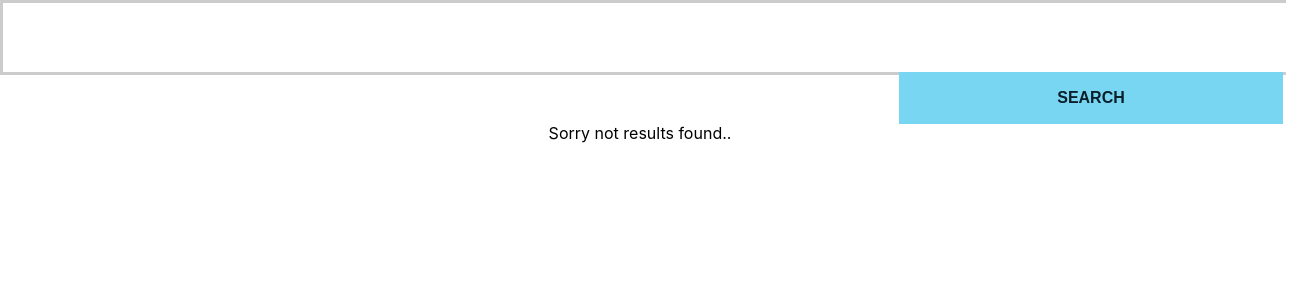
Repository: jijo78/movie-tvshows-list
Page: /
These files come from the project's save history. The page is drawn as it stood at one moment and after a run of saves; the edit follows.
The browser window is 1280 px wide. The page is 1315 px wide, so the pictures cover 1315 px, including what lies to the right of the window. The pictures show the whole page.
The page's requests for data from a server got no answer. The project was rebuilt for these pictures with package versions that can differ from the ones it lists, and the page was loaded fresh each time. No one was signed in, and anything a server would have sent is missing. Also part of the build but not shown: src/MediaRatio.tsx.

Above is the page before, as saved 2020-11-25 17:33:09.

### src/App.tsx
import React, { FC, useEffect, useState } from 'react'
import useSWR from 'swr'
import config from './config'
import QuickSearch from './QuickSearch'
import SearchResults from './SearchResults'

import styled from 'styled-components'
// import classNames from 'classnames'
// import debounce from 'lodash/debounce'
export const fontRootSize = 16

const pxToRem = (size: number) => `${size / fontRootSize}rem`
export const SCREEN_WIDTH_MIN = pxToRem(320)

export const SCREEN_WIDTH_MIN_2 = pxToRem(400)
interface Props {
  children: React.ReactChildren
}
const Container = styled('section')`
  display: flex;
  justify-content: center;
`

const getData = (url: string): Promise<any> => fetch(url).then((res) => res.json())

const StickyWrapper: FC<Props> = ({ children, ...rest }) => {
  const [shouldFetch, setShouldFetch] = useState(true)
  const [term, setTerm] = useState('a')
  const [append, setAppend] = useState('credits')

  const { data, error, isValidating } = useSWR(
    shouldFetch
      ? `https://api.themoviedb.org/3/search/multi?&api_key=${config.api}&query=${term}&include_adult=false&append_to_response=${append}`
      : null,
    getData,
    {
      shouldRetryOnError: false,
      revalidateOnFocus: false,
    }
  )

  useEffect(() => {
    if (data) {
      setShouldFetch(false)
    }
  }, [])

  return (
    <>
      <QuickSearch />
      <Container as="section">
        <SearchResults results={data} />
      </Container>
    </>
  )
}

export default StickyWrapper

### src/config.js
module.exports = {
    'api': '00827fd50b322764fdf4d571822a4a05'
};

### src/QuickSearch.tsx
import React, { FC } from 'react'

import styled from 'styled-components'

type Props = {
  onClick?: (e: React.MouseEvent<any>) => void
  onSubmit?: () => void
  placeholder?: string
}
/**
 * Card is a general purpose container for content.
 */
const Search = styled('section')`
  border: 3px solid #ccc;
  margin-bottom: 2rem;
  display: flex;

  width: 100%;
`

const SearchForm = styled('form')`
  position: relative;
  width: 100%;
  &fieldset {
    margin: 0;
    padding: 0;
    border: 0 none;
  }
  &.search__form--hidden {
    display: none;
  }
`
const SearchLegend = styled('legend')`
  display: none;
`

const SearchInput = styled('input')`
  position: relative;
  color: #ccc;
  width: 100%;
  text-align: center;
  padding: 1rem;
  font-size: 2rem;
  border: 0 none;
  &::placeholder {
    color: #ccc;
  }
`

const Button = styled('button')`
  width: 30%;
  border: none;
  border-color: #5c5c5c;
  cursor: pointer;
  position: absolute;
  right: 0;
  display: inline-flex;
  color: #ffffff;
  background-color: rgb(13, 46, 61);
  padding: 1rem;
  text-align: center;
  text-decoration: none;
  vertical-align: middle;

  justify-content: center;
  text-transform: uppercase;

  font-size: 1rem;
  line-height: 1.25;

  letter-spacing: normal;
  font-weight: bold;
  background-color: #79d6f2;
  color: #091f29;
`

const QuickSearch: FC<Props> = ({ onSubmit, onClick, placeholder }) => {
  return (
    <Search>
      <SearchForm onSubmit={onSubmit}>
        <SearchLegend>Find a movie </SearchLegend>
        <SearchInput onClick={onClick} placeholder={placeholder} />
        <Button type="submit">Search</Button>
      </SearchForm>
    </Search>
  )
}

export default QuickSearch

### src/SearchResults.tsx
import React, { FC } from 'react'
import { formatDateUK } from './date'
import { Media16x9 } from './MediaRatio'
import styled from 'styled-components'

interface Props {
  results: { results: Array<any> }
}
const Cards = styled('ul')`
  display: grid;
  width: 80rem;
  grid-template-columns: repeat(auto-fit, minmax(320px, 1fr));
  grid-gap: 2rem;
  margin: 0;
  padding: 0;
`

const Card = styled('li')`
  min-height: 10rem;
  height: 100%;
  position: relative;
  background-color: #000;
  color: #fff;
  list-style-type: none;
`
/**
 * Contains an image or other media to be placed inside the card
 */
export const CardBody = styled('div')`
  position: relative;
  padding: 0.5rem;
`

/**
 * Content to be placed at the bottom of the card.
 */
export const CardFooter = styled('footer')`
  position: relative;
  padding: 0.5rem;
`
const SearchResults: FC<Props> = ({ results }) => {
  console.log('results: ', results)
  const base_url = 'https://image.tmdb.org/t/p/w780'
  const placeholder = 'http://via.placeholder.com/400x200'

  return results && results.results && results.results.length ? (
    <Cards>
      {results.results.map((result, i) => (
        <Card>
          <Media16x9>
            <img
              alt={result.original_name}
              src={
                result.poster_path !== null && result.poster_path !== undefined
                  ? `${base_url}${result.poster_path}`
                  : `${placeholder}`
              }
            />
          </Media16x9>
          <CardBody>
            <h3>{result.title || result.original_name}</h3>
            <p>{result.overview}</p>
          </CardBody>
          <CardFooter>
            <span className="card__rating">
              Rating: {isNaN(result.vote_average) ? 0 : Math.ceil(result.vote_average * 10)}%
            </span>
            <span className="card__release">Release date: {formatDateUK(result.release_date)}</span>
          </CardFooter>
        </Card>
      ))}
    </Cards>
  ) : (
    <p className="no-results">Sorry not results found..</p>
  )
}

export default SearchResults

### src/date.ts
import dayjs from 'dayjs'

export const formatDate = (d: string) => dayjs(d).format('D MMM YYYY')
export const formatDateUK = (d: string) => dayjs(d).format('DD MMM YYYY')
export const currentYear = () => dayjs().year()

Loaded but not shown: public/index.html (common file); src/index.js (common file); src/index.css (common file); src/reportWebVitals.js (common file)

After the next 2 saves:
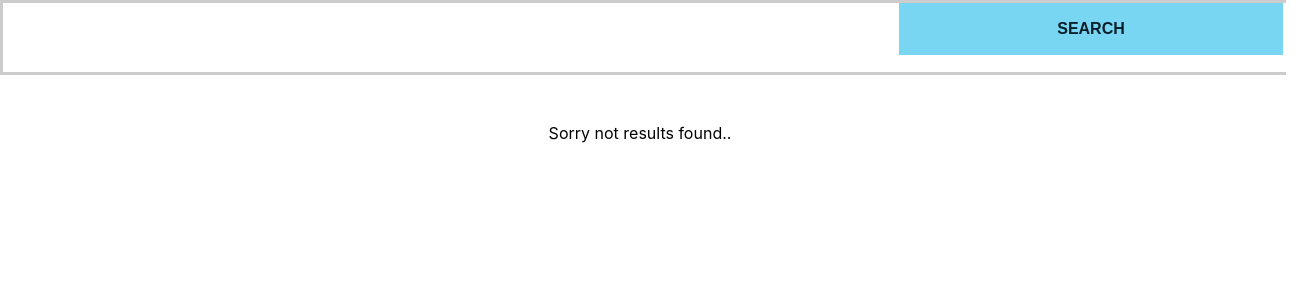
The 2 saves are shown as one change because they came seconds apart.
The last was saved 9 s later.
--- a/src/QuickSearch.tsx
+++ b/src/QuickSearch.tsx
@@ -53,6 +53,7 @@ const Button = styled('button')`
   border-color: #5c5c5c;
   cursor: pointer;
   position: absolute;
+  top: 0;
   right: 0;
   display: inline-flex;
   color: #ffffff;
